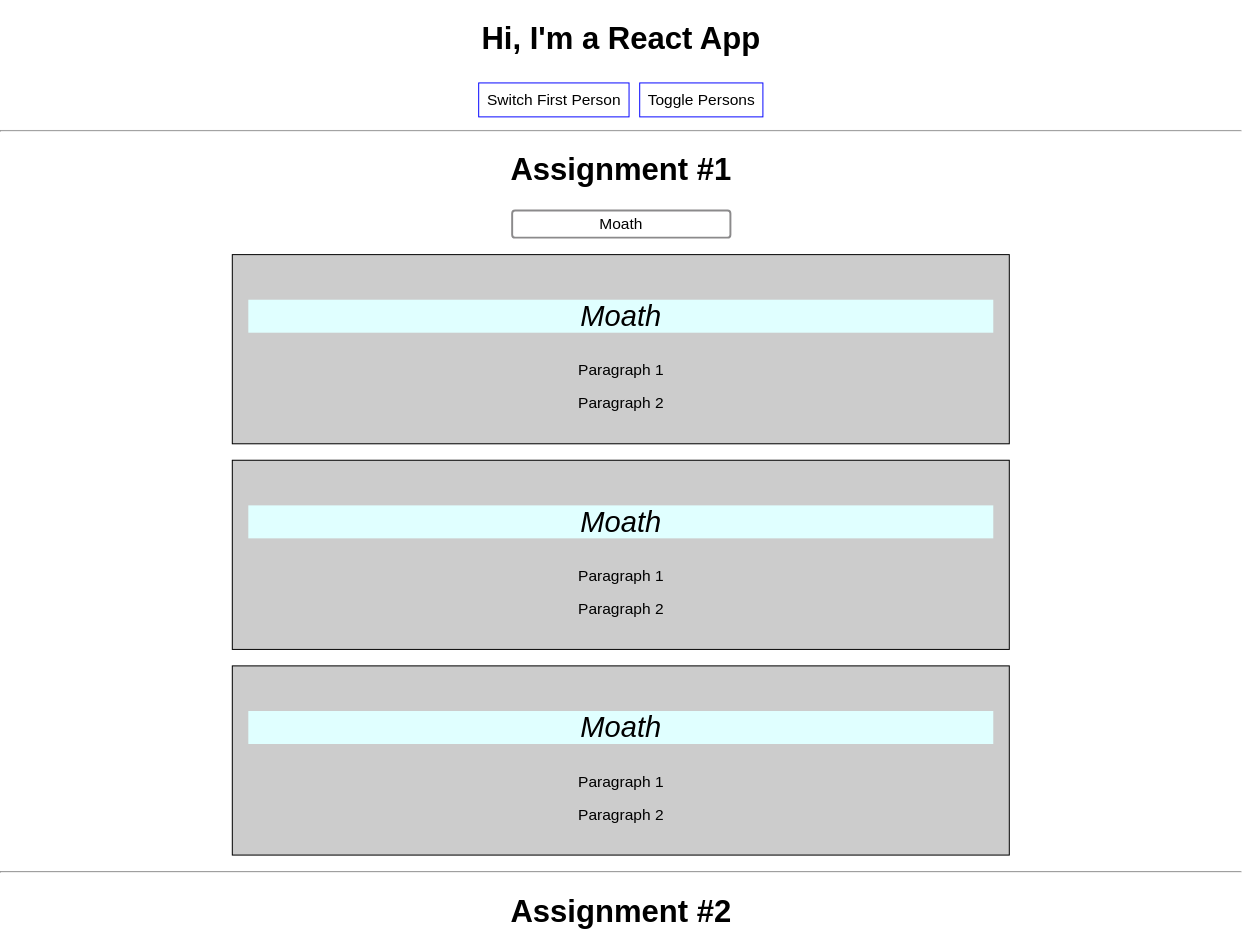
Repository: MuathYHKefayah/React-Basics
Page: /
These files come from the project's save history. The page is drawn as it stood at one moment and after the next save; the edit follows.
The browser window is 1280 px wide. The pictures show the whole page, at 97% of full size.
The project was rebuilt for these pictures with package versions that can differ from the ones it lists, and the page was loaded fresh each time. Also part of the build but not shown: src/Person/Person.css, src/Person/Person.js.

Above is the page before, as saved 2020-12-12 15:23:39.

After the next save:
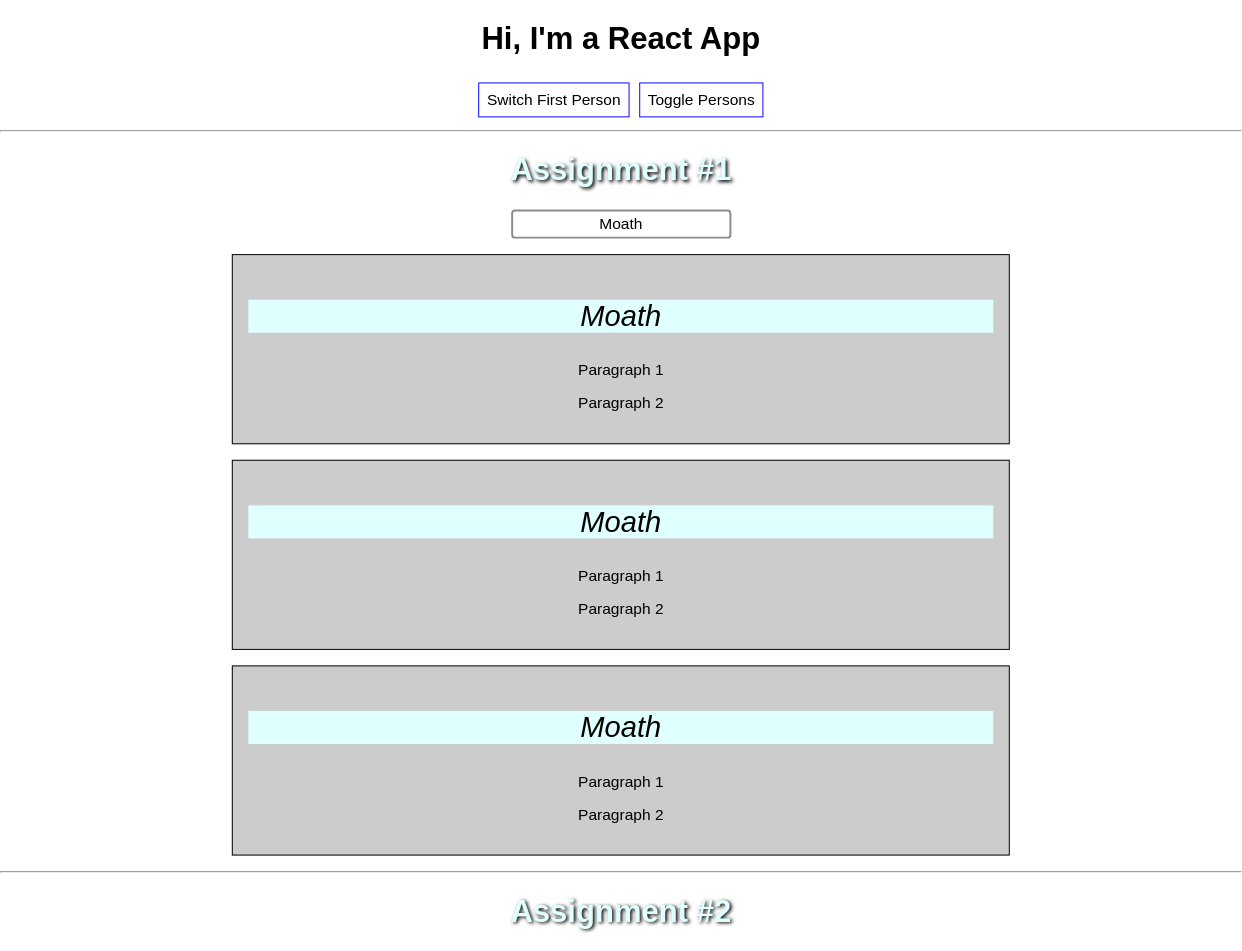
Saved 3 min 45 s later.
--- a/src/App.js
+++ b/src/App.js
@@ -91,6 +91,11 @@ class App extends Component {
       margin: '5px'
     };
 
+    const assignmentStyle = {
+      color: 'lightcyan',
+      textShadow: '2px 2px 4px #000000'
+    }
+
     let persons = null;
     // Way #2 this is the preferd way
     if(this.state.showPersons){
@@ -153,7 +158,7 @@ class App extends Component {
         {persons}
 
         <hr/>
-        <h1>Assignment #1</h1>
+        <h1 style={assignmentStyle}>Assignment #1</h1>
         <UserInput
           name={this.state.username}
           changed={this.usernameChangedHandelr}/>
@@ -162,7 +167,7 @@ class App extends Component {
         <UserOutput name={this.state.username}/>
         <UserOutput name={this.state.username}/>
         <hr/>
-        <h1>Assignment #2</h1>
+        <h1 style={assignmentStyle}>Assignment #2</h1>
       </div>
     );
     //return React.createElement('div', {className: 'App'} , React.createElement('h1', null , 'Hi, I\'m a React App !!!' ))
